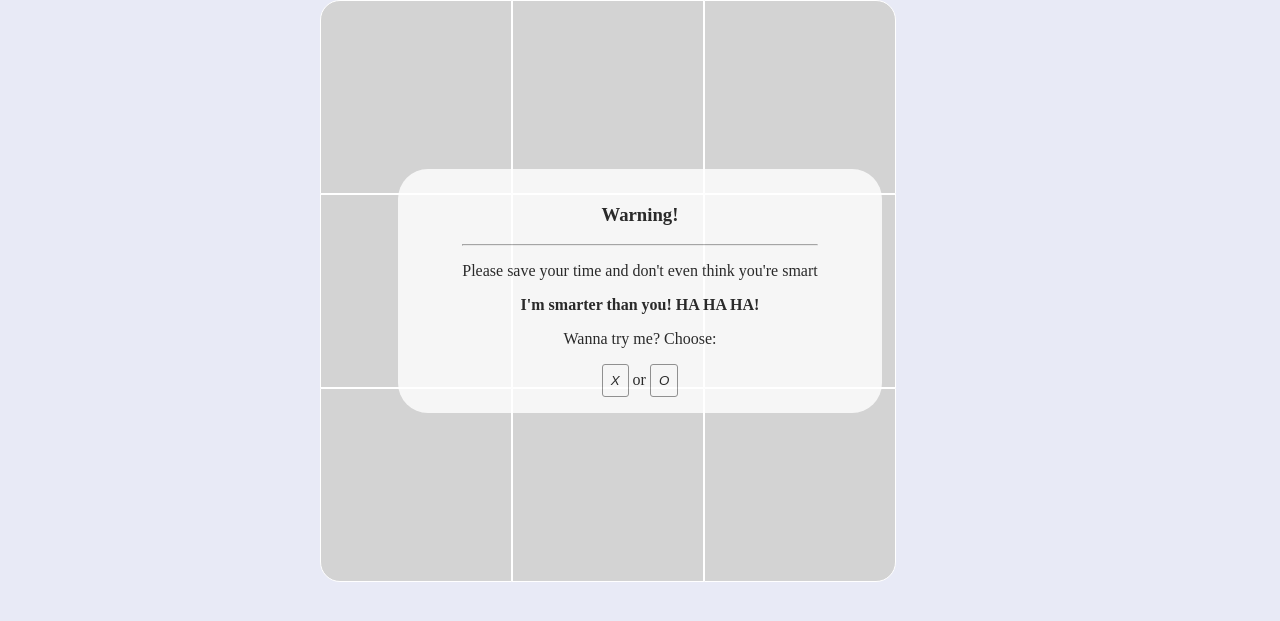
Repository: EEOOOO/javascript-projects
Page: ticTacToeGameApp/index.html
The author's editor kept a copy of each file at every save. The page is drawn from the files as they stood at one save, then again after the next save.
The browser window is 1280 px wide. The pictures show the whole page.

Above is the page before, as saved 2022-07-21 16:00:59.

### ticTacToeGameApp/index.html
<!DOCTYPE html>
<html lang="en">
<head>
    <meta charset="UTF-8">
    <meta http-equiv="X-UA-Compatible" content="IE=edge">
    <meta name="viewport" content="width=device-width, initial-scale=1.0">
    <script defer src="tictactoeGameApp.js"></script>
    <link rel="stylesheet" href="style.css">
    <title>TicTacToe Game App</title>
</head>
<body>
    <div class="gameBoard">
        <div class="grid grid0"></div>
        <div class="grid grid1"></div>
        <div class="grid grid2"></div>
        <div class="grid grid3"></div>
        <div class="grid grid4"></div>
        <div class="grid grid5"></div>
        <div class="grid grid6"></div>
        <div class="grid grid7"></div>
        <div class="grid grid8"></div>
    </div>
    <div class="popUp showPopUp">
        <h3>Warning!</h3>
        <hr>
        <p>Please save your time and don't even think you're smart</p>
        <strong>I'm smarter than you! HA HA HA!</strong>
        <p>Wanna try me? Choose: </p>
        <div class="buttonContainer">
            <button class="markingX button">X</button>
            <span>or</span>
            <button class="markingO button">O</button>
        </div>
    </div>
</body>
</html>

### ticTacToeGameApp/tictactoeGameApp.js
let gameBoard = document.querySelector('.gameBoard');
let grids = document.querySelectorAll('.grid');

let popUp = document.querySelector('.popUp');
let buttons = document.querySelector('.buttonContainer');
let xButton = document.querySelector('.markingX');
let oButton = document.querySelector('.markingO');
let notSelected = [0, 1, 2, 3, 4, 5, 6, 7, 8, 9];
user = {}
computer = {}

buttons.addEventListener('click', event =>{
    if (event.target.tagName === 'BUTTON'){
        if (event.target.textContent === 'X'){
            user['mark'] = '🦸';
            computer['mark'] = '🧛‍♂️';
        }
        else{
            user['mark'] = '🦸';
            computer['mark'] = '🧛‍♂️';
        }
    }
    popUp.classList.remove("showPopUp");

    startGame();
});

function startGame(){
    playComputer();
    playUser();
    if (checkWinner()){
        finishGame();
    }
    else{
        startGame();
    }
}
function playUser(){
    gameBoard.addEventListener('click', event => {
        if (event.target.tagName === 'DIV'){
            let gridClass = '.'+ event.target.classList[1];
            let num = gridClass.charAt(gridClass.length-1);
            drawMark(gridClass, num, user['mark']);
        }
    })
    return
}
function playComputer(){
    let num = getRandomNumber(notSelected);
    let gridClass = '.grid'+num;

    drawMark(gridClass, num, computer['mark']);

}
function drawMark(gridClass, num, mark){
    let grid = document.querySelector(gridClass);
    let markingSpan = document.createElement('span');
    markingSpan.textContent = mark;

    grid.append(markingSpan);

    notSelected.splice(num, 1);
}
function getRandomNumber(remainNum){
    let num = Math.floor(Math.random()*9);
    if (remainNum.indexOf(num) !== -1){
        return num
    } else {
        return getRandomNumber(remainNum)
    }
}
function checkWinner(){
    return true
}
function finishGame(){
    return
}

### ticTacToeGameApp/style.css
* {
  box-sizing: border-box;
}
body {
  margin: 0;
  padding: 0;
  background-color: #e8eaf6;
  width: 100%;
  height: 100%;
  display: flex;
  justify-content: center;
  align-items: center;
}
.gameBoard {
  display: flex;
  flex-wrap: wrap;
  width: 50%;
  height: 50%;
  margin: auto;
}
.gameBoard .grid {
  width: 30%;
  padding-bottom: 30%;
  border: 1px solid white;
  background-color: lightgrey;
  cursor: pointer;
  position: relative;
}
.grid span {
  position: absolute;
  left: 20%;
  top: 15%;
  font-size: 5em;
  font-weight: 300;
  color: #424242;
}
.grid0 {
  border-radius: 20px 0 0 0;
}
.grid2 {
  border-radius: 0 20px 0 0;
}
.grid6 {
  border-radius: 0 0 0 20px;
}
.grid8 {
  border-radius: 0 0 20px 0;
}
.popUp {
  position: absolute;
  background-color: white;
  border-radius: 30px;
  opacity: 0.8;
  padding: 1rem 4rem;
  text-align: center;
  display: none;
}
.showPopUp {
  display: block;
}
.button {
  background-color: white;
  padding: 0.5rem;
  border: 0.5px solid gray;
  border-radius: 3px;
  cursor: pointer;
  transitoin: background-color 0.2s, color 0.2s;
  font-style: italic;
}
.button:hover {
  background-color: grey;
  color: white;
}

After the next save:
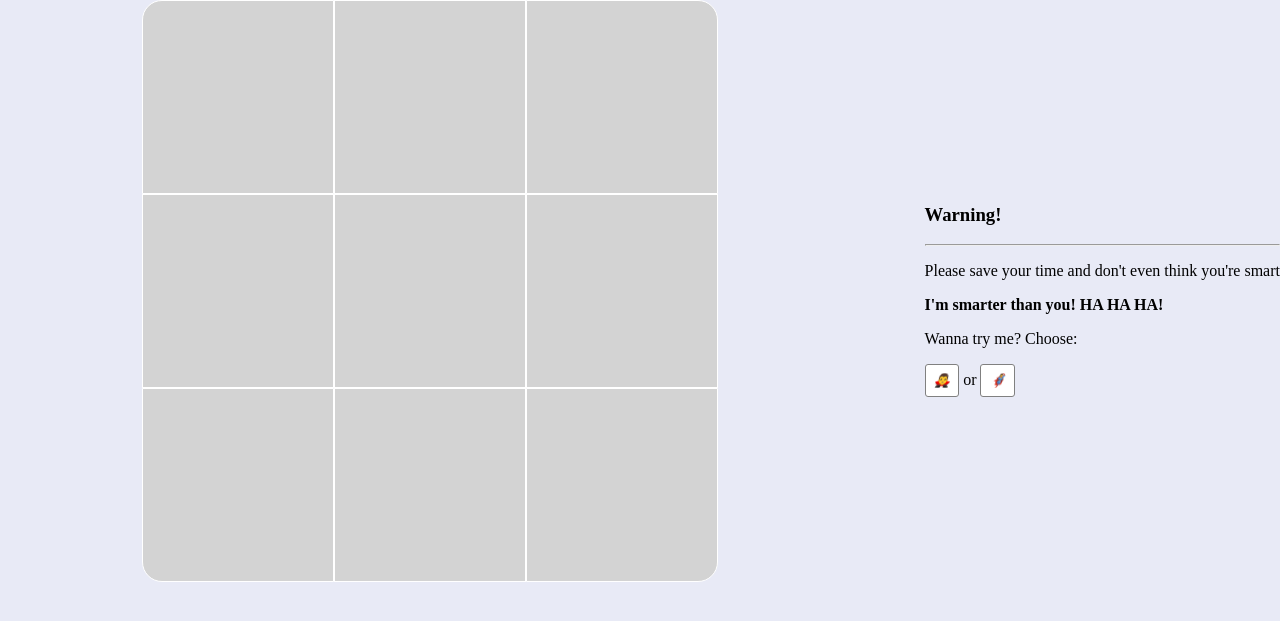
Saved 70 s later.
--- a/ticTacToeGameApp/index.html
+++ b/ticTacToeGameApp/index.html
@@ -20,16 +20,16 @@
         <div class="grid grid7"></div>
         <div class="grid grid8"></div>
     </div>
-    <div class="popUp showPopUp">
+    <div classopUp showPopUp">
         <h3>Warning!</h3>
         <hr>
         <p>Please save your time and don't even think you're smart</p>
         <strong>I'm smarter than you! HA HA HA!</strong>
         <p>Wanna try me? Choose: </p>
         <div class="buttonContainer">
-            <button class="markingX button">X</button>
+            <button class="markingX button">🧛‍♂️</button>
             <span>or</span>
-            <button class="markingO button">O</button>
+            <button class="markingO button">🦸‍♀️</button>
         </div>
     </div>
 </body>
